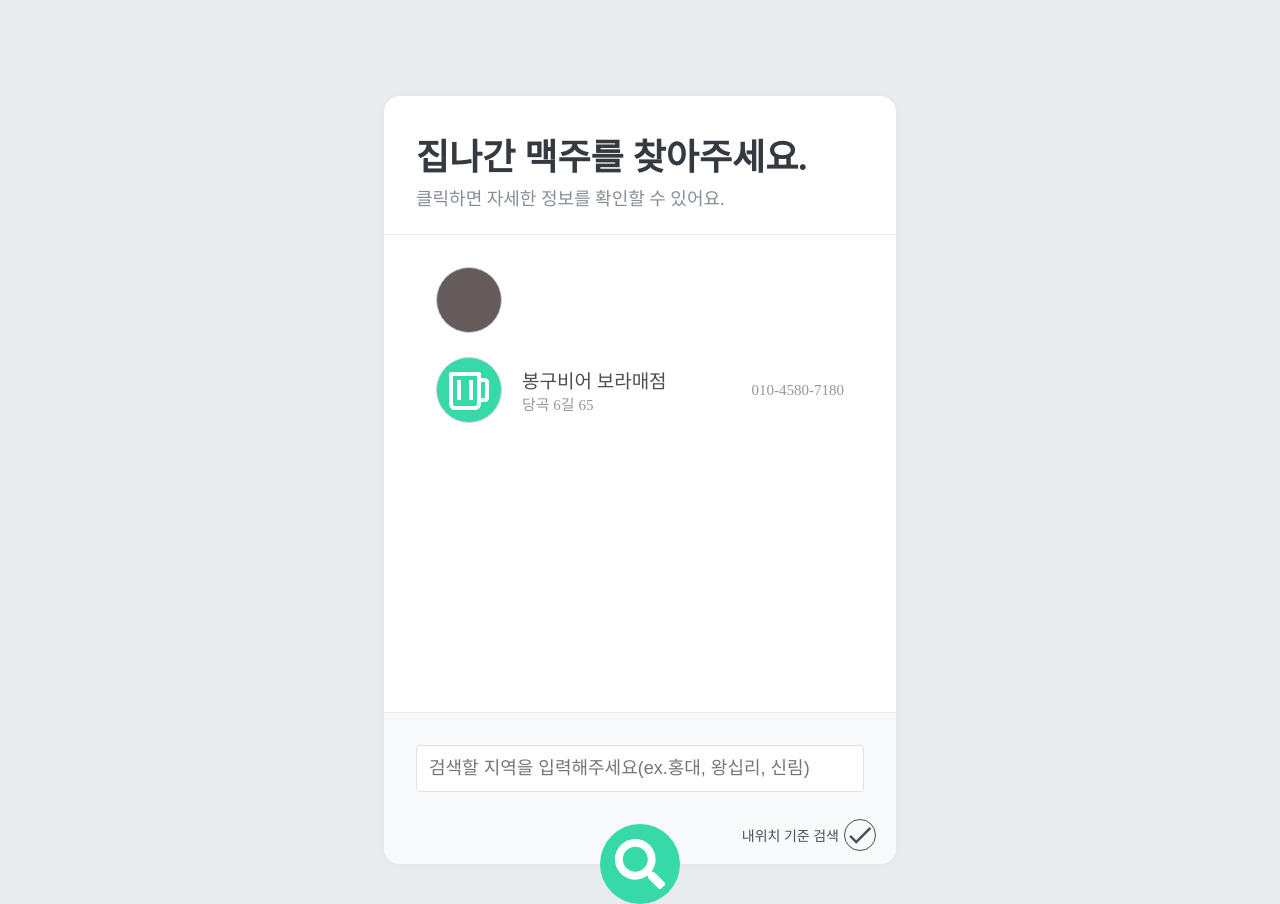
Repository: THE-SOPT-WEB/kimNamjun
Page: / (app in week4/bring-my-beer/)
These files come from the project's save history. The page is drawn as it stood at one moment and after a run of saves; the edit follows.
The browser window is 1280 px wide. The pictures show the whole page.
The project was rebuilt for these pictures with package versions that can differ from the ones it lists, and the page was loaded fresh each time.

Above is the page before, as saved 2022-05-13 03:20:49.

After the next 3 saves:
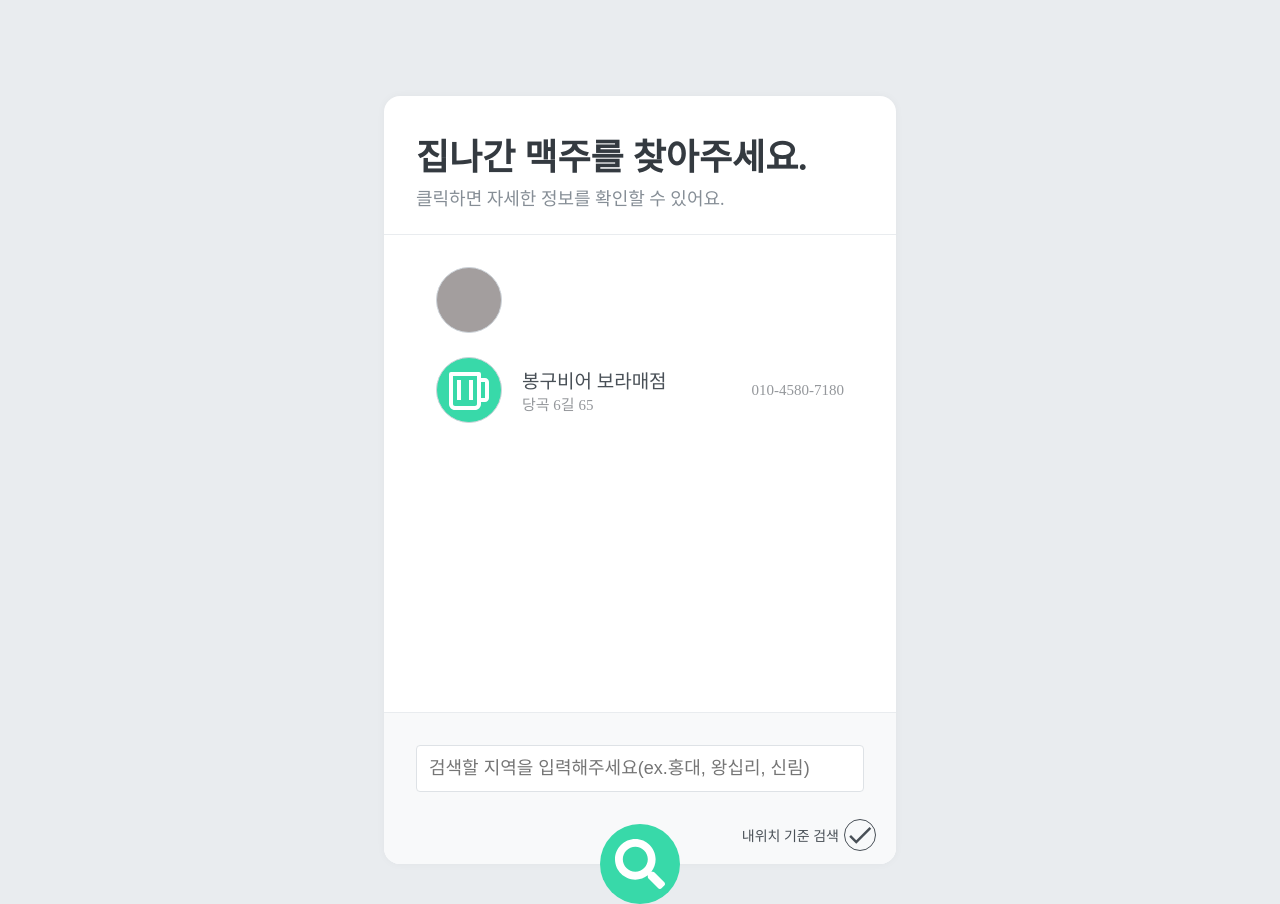
The 3 saves are shown as one change because they came seconds apart.
The last was saved 10 s later.
--- a/week4/bring-my-beer/src/components/SkeletonItem.jsx
+++ b/week4/bring-my-beer/src/components/SkeletonItem.jsx
@@ -20,7 +20,7 @@ const Icon = styled.div`
   justify-content: center;
   margin-right: 20px;
   cursor: pointer;
-  background-color: #655b5b;
+  background-color: #a39e9e;
   color: #fff;
 `;
 
